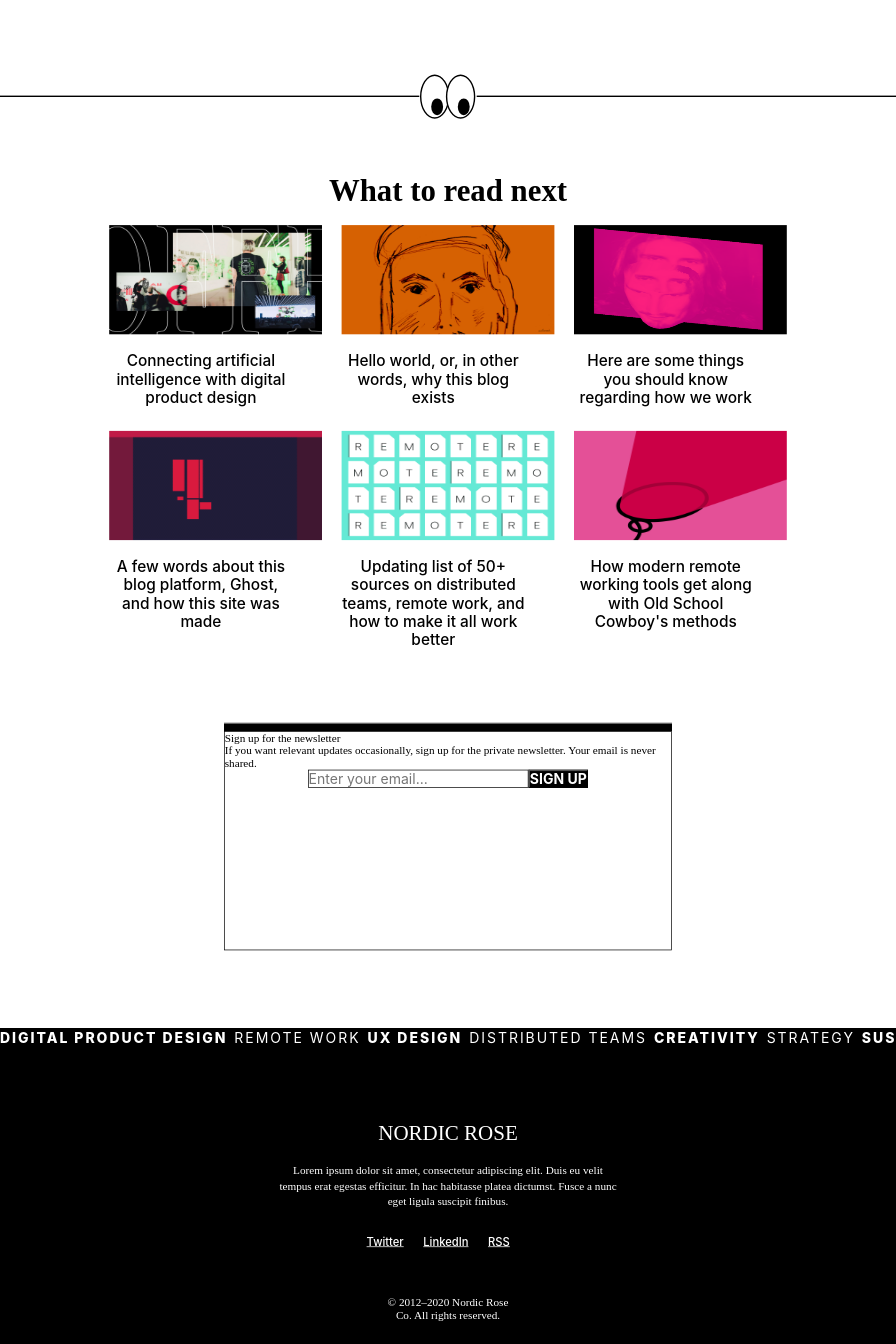
Repository: ThuTrang-jvb/JVB-BT1
Page: Page 3/article.html
An editor plug-in stored every save of this project. The page is shown before and after a run of saves, followed by the edit.
The browser window is 1280 px wide. The pictures show the part of the page from y = 3931 to 5851 px (the page is 5851 px tall), at 70% of full size.

Above is the page before, as saved 2025-06-30 10:15:54.

After the next 3 saves:
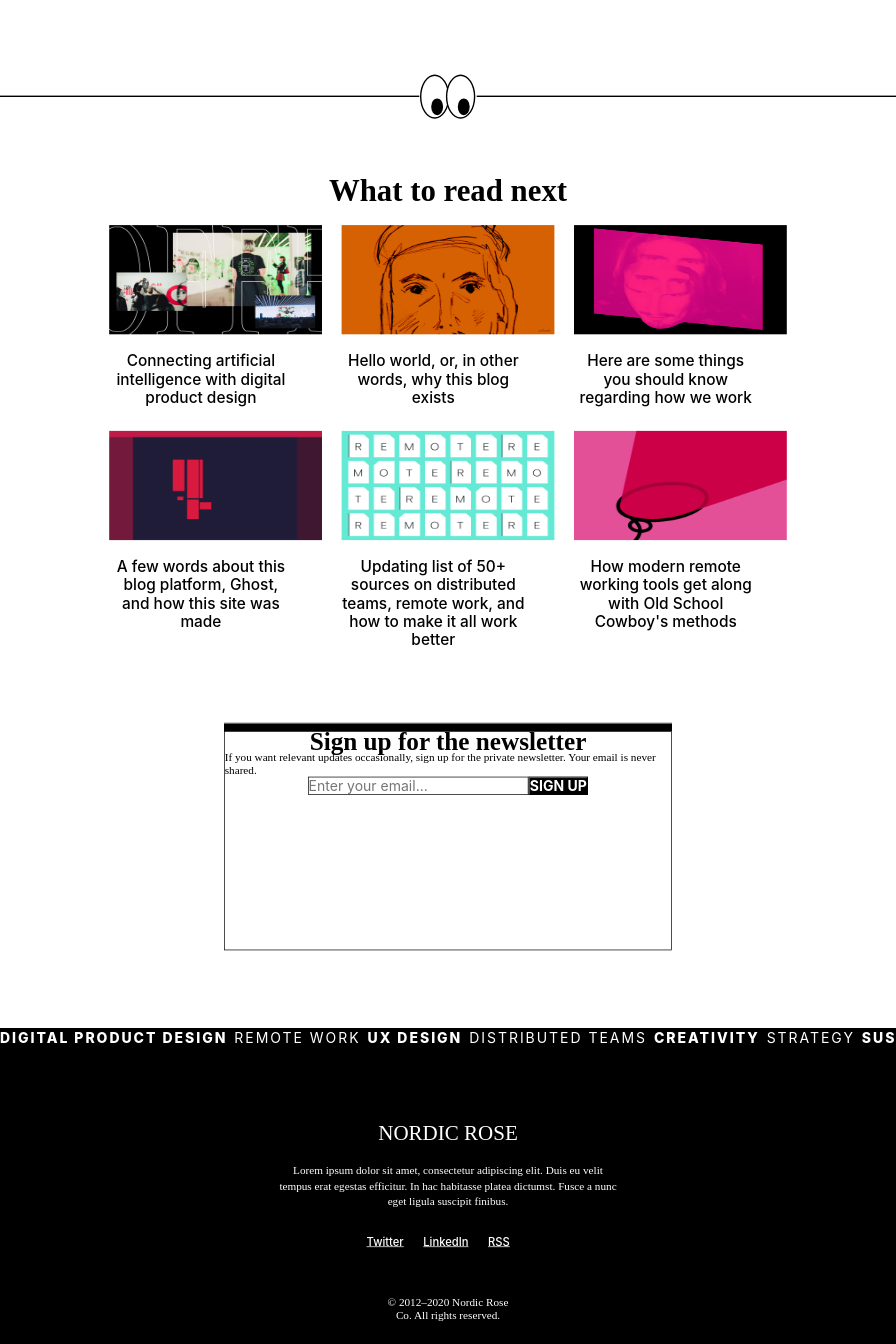
The 3 saves are shown as one change because they came seconds apart.
The last was saved 19 s later.
--- a/Page 3/styleArticle.css
+++ b/Page 3/styleArticle.css
@@ -449,7 +449,12 @@ input {
     letter-spacing: 0%;
 }
 .sign {
-
+    font-family: New York Extra Large;
+    font-weight: 700;
+    font-size: 36px;
+    line-height: 28px;
+    letter-spacing: 0%;
+    text-align: center;
 }
 
 
